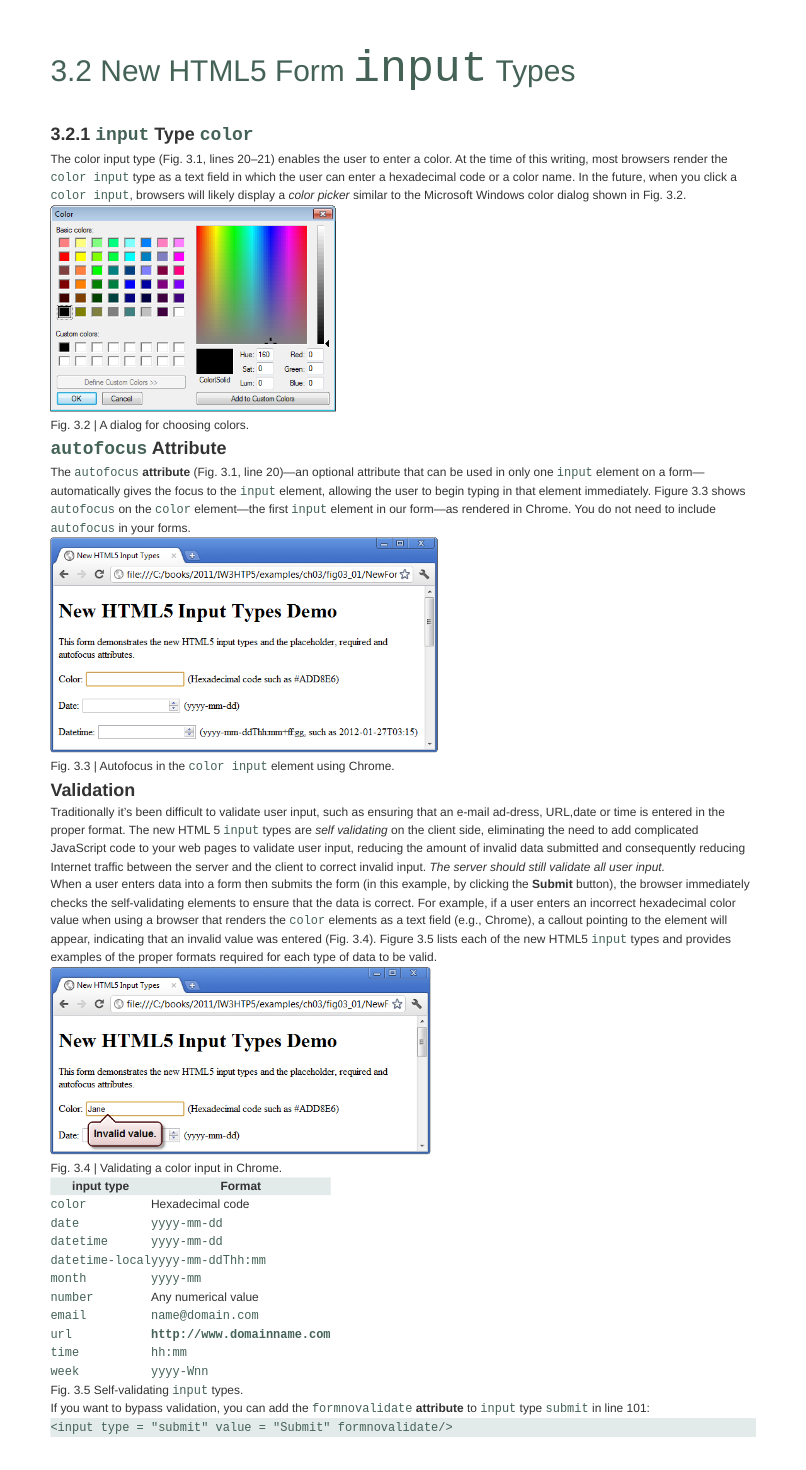
Repository: mlmEFSC21/P4-Textbook-Copy
Page: index.html
These files come from the project's save history. The page is drawn as it stood at one moment and after the next save; the edit follows.
The browser window is 1280 px wide. The pictures show the whole page, at 63% of full size.

Above is the page before, as saved 2022-02-03 16:33:43.

### index.html
<!DOCTYPE html>
<html lang="en">
    <head>
        <meta charset="UTF-8" />
        <meta http-equiv="X-UA-Compatible" content="IE=edge" />
        <meta name="viewport" content="width=device-width, initial-scale=1.0" />
        <link rel="stylesheet" href="bookStyles.css" />
        <title>Laying Out Book Pages</title>
    </head>
    <header>
        <h1>
            3.2 New HTML5 Form <code><span class="header1">input</span></code> Types
        </h1>
    </header>
    <body>
        <section class="color-input-type">
            <header>
                <h2>3.2.1 <code>input</code> Type <code>color</code></h2>
            </header>
            <p>
                The color input type (Fig. 3.1, lines 20–21) enables the user to enter a color. At
                the time of this writing, most browsers render the <code>color input</code> type as
                a text field in which the user can enter a hexadecimal code or a color name. In the
                future, when you click a <code>color input</code>, browsers will likely display a
                <em>color picker</em> similar to the Microsoft Windows color dialog shown in Fig.
                3.2.
            </p>
            <figure>
                <img src="images\OperaColorInput.png" alt="Microsoft Windows color dialog" />
                <figcaption>Fig. 3.2 | A dialog for choosing colors.</figcaption>
            </figure>
        </section>
        <section class="autofocus-attribute">
            <header>
                <h2><code>autofocus</code> Attribute</h2>
            </header>
            <p>
                The <code>autofocus</code> <strong>attribute</strong> (Fig. 3.1, line 20)—an
                optional attribute that can be used in only one <code>input</code> element on a
                form—automatically gives the focus to the <code>input</code> element, allowing the
                user to begin typing in that element immediately. Figure 3.3 shows
                <code>autofocus</code> on the <code>color</code> element—the first
                <code>input</code> element in our form—as rendered in Chrome. You do not need to
                include <code>autofocus</code> in your forms.
            </p>
            <figure>
                <img
                    src="images\Autofocus.png"
                    alt="web page demo of autofocus on a color input field"
                />
                <figcaption>
                    Fig. 3.3 | Autofocus in the <code>color input</code> element using Chrome.
                </figcaption>
            </figure>
        </section>
        <section class="input-validation">
            <header>
                <h2>Validation</h2>
            </header>
            <p>
                Traditionally it’s been difficult to validate user input, such as ensuring that an
                e-mail ad-dress, URL,date or time is entered in the proper format. The new HTML 5
                <code>input</code> types are <em>self validating</em> on the client side,
                eliminating the need to add complicated JavaScript code to your web pages to
                validate user input, reducing the amount of invalid data submitted and consequently
                reducing Internet traffic between the server and the client to correct invalid
                input. <em>The server should still validate all user input.</em>
            </p>
            <p>
                When a user enters data into a form then submits the form (in this example, by
                clicking the <strong>Submit</strong> button), the browser immediately checks the
                self-validating elements to ensure that the data is correct. For example, if a user
                enters an incorrect hexadecimal color value when using a browser that renders the
                <code>color</code> elements as a text field (e.g., Chrome), a callout pointing to
                the element will appear, indicating that an invalid value was entered (Fig. 3.4).
                Figure 3.5 lists each of the new HTML5 <code>input</code> types and provides
                examples of the proper formats required for each type of data to be valid.
            </p>
            <figure>
                <img
                    src="images\SelfValidationChrome.png"
                    alt="web page demo of validation preventing a non color input into a color input field"
                />
                <figcaption>Fig. 3.4 | Validating a color input in Chrome.</figcaption>
            </figure>
        </section>
        <section class="self-validating-types">
            <figure>
                <table class="validation-table">
                    <thead>
                        <th>input type</th>
                        <th>Format</th>
                    </thead>
                    <tr>
                        <td><code>color</code></td>
                        <td>Hexadecimal code</td>
                    </tr>
                    <tr>
                        <td><code>date</code></td>
                        <td><code>yyyy-mm-dd</code></td>
                    </tr>
                    <tr>
                        <td><code>datetime</code></td>
                        <td><code>yyyy-mm-dd</code></td>
                    </tr>
                    <tr>
                        <td><code>datetime-local</code></td>
                        <td><code>yyyy-mm-ddThh:mm</code></td>
                    </tr>
                    <tr>
                        <td><code>month</code></td>
                        <td><code>yyyy-mm</code></td>
                    </tr>
                    <tr>
                        <td><code>number</code></td>
                        <td>Any numerical value</td>
                    </tr>
                    <tr>
                        <td><code>email</code></td>
                        <td><code>name@domain.com</code></td>
                    </tr>
                    <tr>
                        <td><code>url</code></td>
                        <td>
                            <a href="http://www.domainname.com"
                                ><code>http://www.domainname.com</code></a
                            >
                        </td>
                    </tr>
                    <tr>
                        <td><code>time</code></td>
                        <td><code>hh:mm</code></td>
                    </tr>
                    <tr>
                        <td><code>week</code></td>
                        <td><code>yyyy-Wnn</code></td>
                    </tr>
                </table>
                <figcaption>Fig. 3.5 Self-validating <code>input</code> types.</figcaption>
            </figure>
            <aside>
                <p>
                    If you want to bypass validation, you can add the <code>formnovalidate</code>
                    <strong>attribute</strong> to <code>input</code> type <code>submit</code> in
                    line 101:
                </p>
                <div class="form-no-val">
                    <code>&lt;input type = "submit" value = "Submit" formnovalidate/&gt;</code>
                </div>
            </aside>
        </section>
    </body>
</html>

### bookStyles.css
:root {
    --clr-prime: #;
    --clr-background-accent: rgba(70, 114, 115, 0.15);
    --clr-font-links: #275b8a;
    --clr-font-prime: #333;
    --clr-font-code: #446256;
    --clr-font-figcap: darkgrey;
    --clr-background: white;
}
*,
*::before,
*::after {
    margin: 0;
    padding: 0;
    box-sizing: border-box;
}
html {
    font-size: 19px;
    font-family: sans-serif;
}
body {
    font-family: "Helvetica Neue", Helvetica, Arial, "Lucida Grande", sans-serif;
    margin: 57px 0;
    padding: 0 80px;
    padding: auto;
    line-height: 1.5;
    background-color: var(--clr-background);
    color: var(--clr-font-prime);
}
h1,
code {
    color: var(--clr-font-code);
}
h1 {
    font-size: 2.5em;
    margin-top: 1.15em;
    margin-bottom: 0.6em;
    font-style: normal;
    font-weight: 300;
    line-height: 1.5;
}
.header1 {
    font-size: 1.5em;
}
table {
    border-collapse: collapse;
}
a {
    color: var(--clr-font-links);
    text-decoration: none;
    font-weight: 700;
    cursor: pointer;
}
th,
div {
    background-color: var(--clr-background-accent);
}

After the next save:
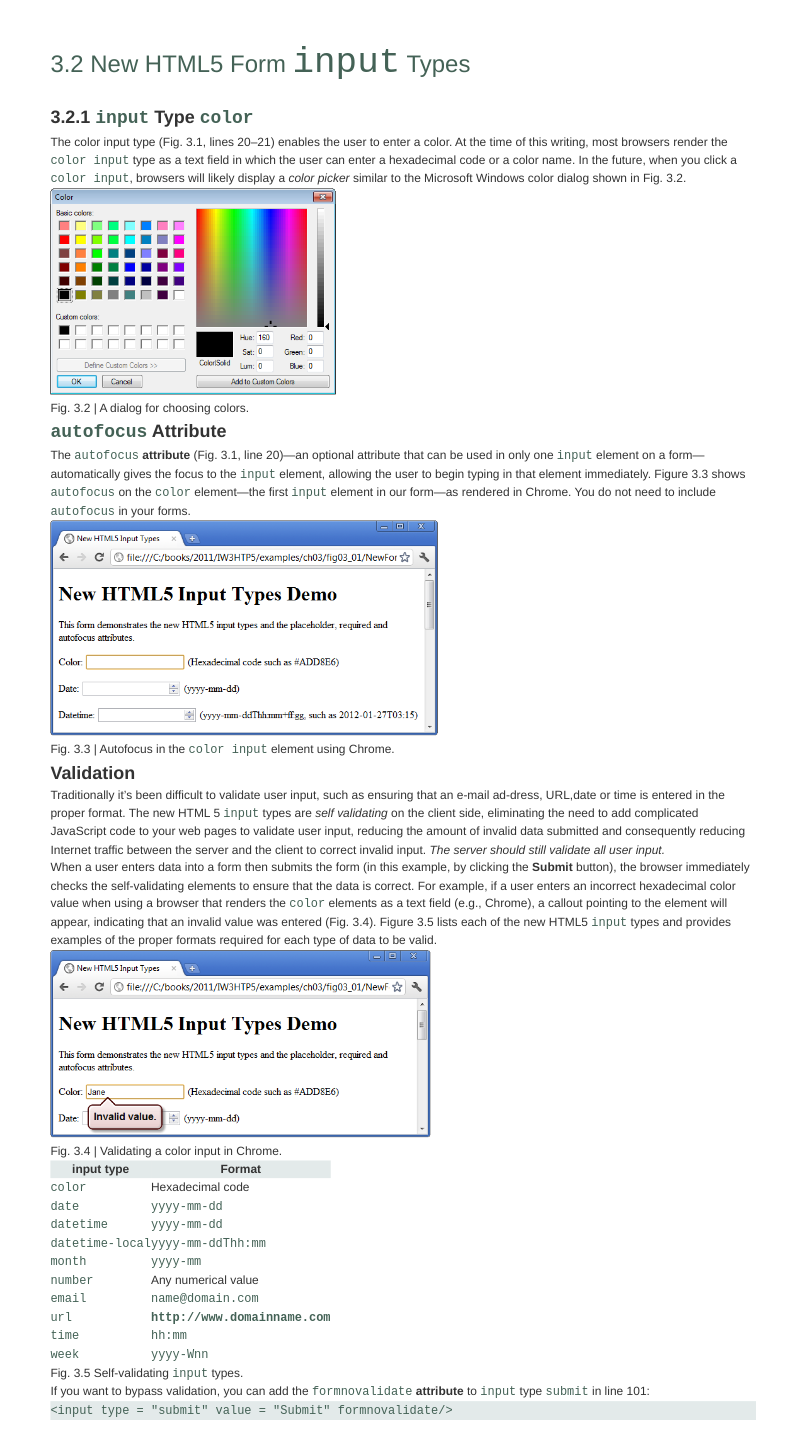
Saved 19 s later.
--- a/bookStyles.css
+++ b/bookStyles.css
@@ -32,7 +32,7 @@
     color: var(--clr-font-code);
 }
 h1 {
-    font-size: 2.5em;
+    /* font-size: 2.5em; */
     margin-top: 1.15em;
     margin-bottom: 0.6em;
     font-style: normal;

After the save that followed:
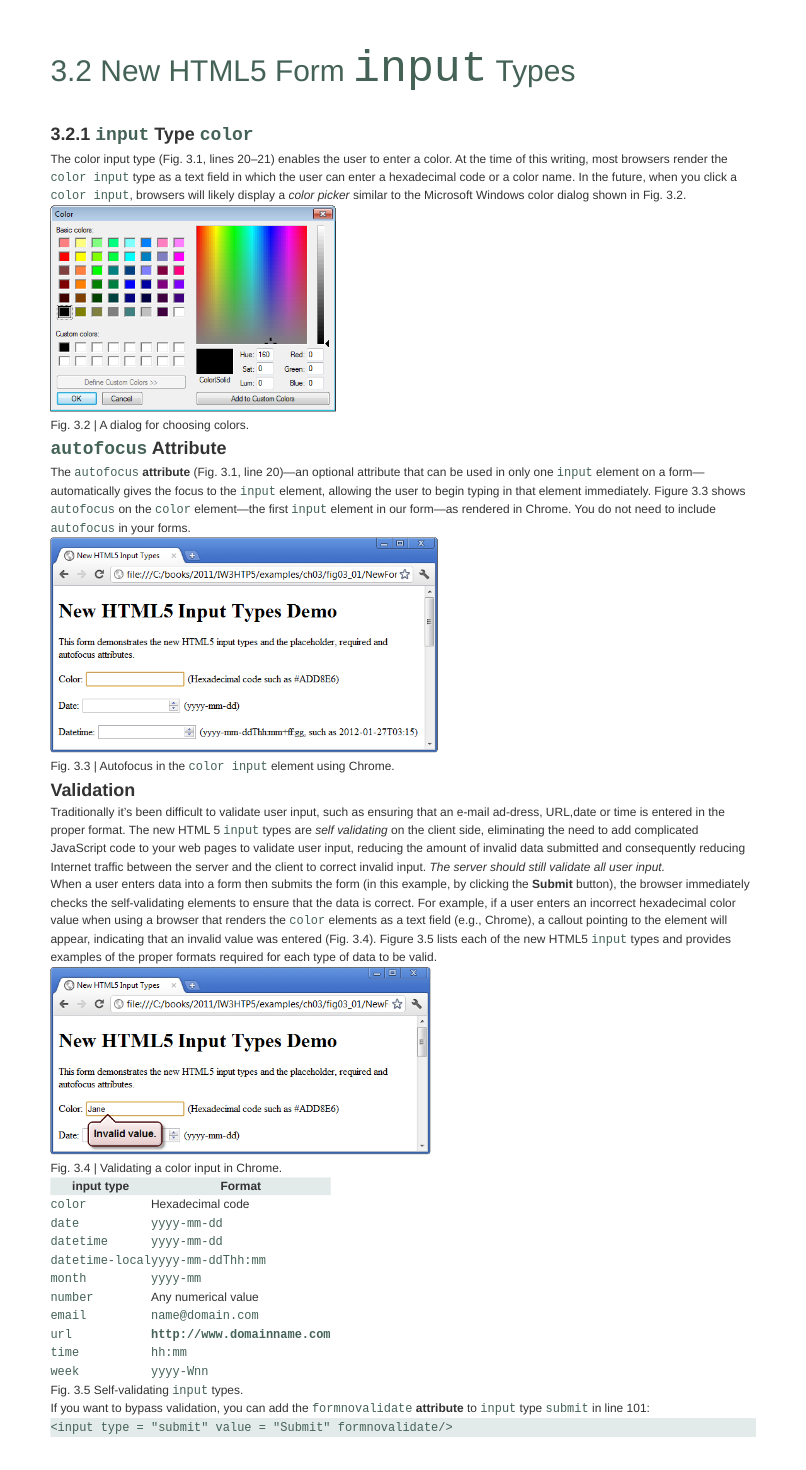
Saved 7 s later.
--- a/bookStyles.css
+++ b/bookStyles.css
@@ -32,7 +32,7 @@
     color: var(--clr-font-code);
 }
 h1 {
-    /* font-size: 2.5em; */
+    font-size: 2.5em;
     margin-top: 1.15em;
     margin-bottom: 0.6em;
     font-style: normal;
